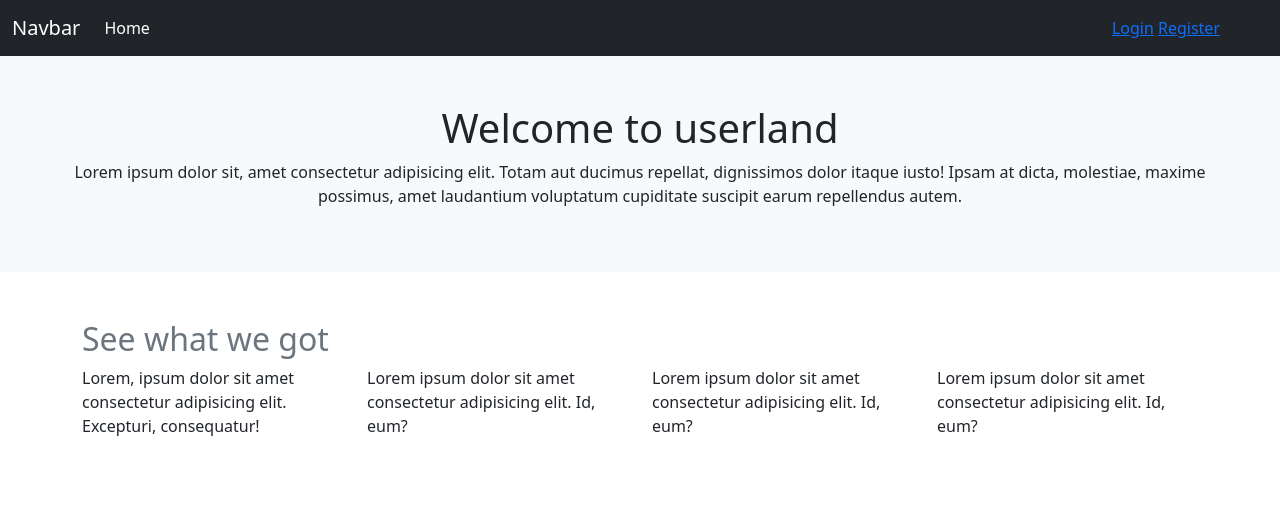
Repository: BrittleHeart/symfony-users--crud
Page: templates/home/home.html.twig
An editor plug-in stored every save of this project. The page is shown before and after the next save, followed by the edit.
The browser window is 1280 px wide. The pictures show the whole page.
The page is a Twig template of a Symfony application; nobody is signed in and links lead nowhere. The template is opened directly, without the code that normally fills it, so the values that code supplies are empty.

Above is the page before, as saved 2021-02-20 15:51:15.

After the next save:
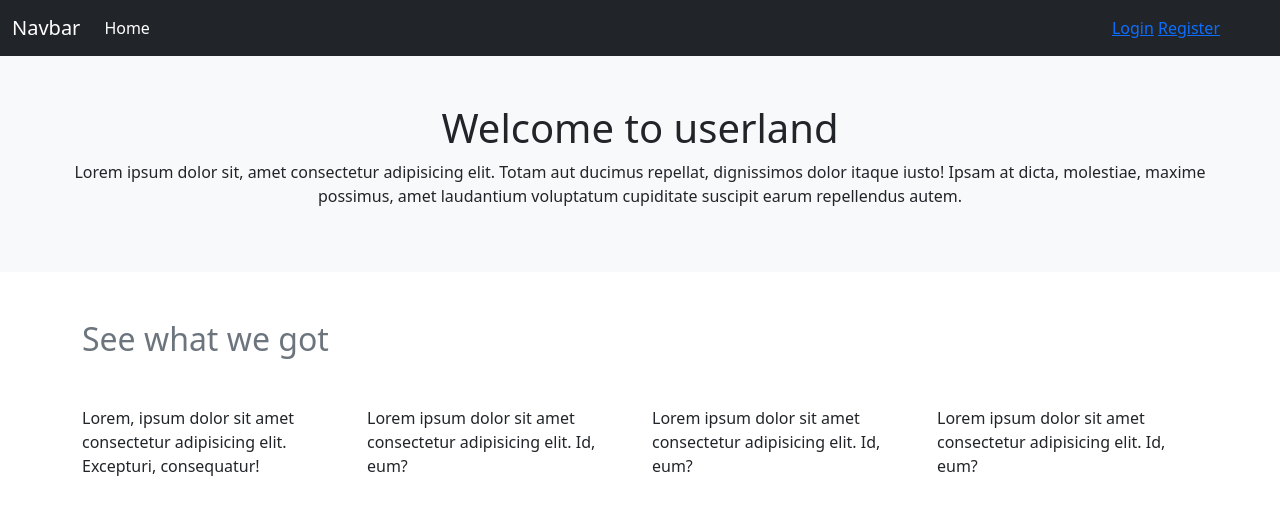
Saved 4 s later.
--- a/templates/home/home.html.twig
+++ b/templates/home/home.html.twig
@@ -10,7 +10,7 @@
 	<main class="main my-5">
 		<div class="container">
 			<h2 class="text-muted">See what we got</h2>
-			<div class="row mt-10">
+			<div class="row mt-5">
 				<div class="col-md-3">Lorem, ipsum dolor sit amet consectetur adipisicing elit. Excepturi, consequatur!</div>
 				<div class="col-md-3">Lorem ipsum dolor sit amet consectetur adipisicing elit. Id, eum?</div>
 				<div class="col-md-3">Lorem ipsum dolor sit amet consectetur adipisicing elit. Id, eum?</div>
